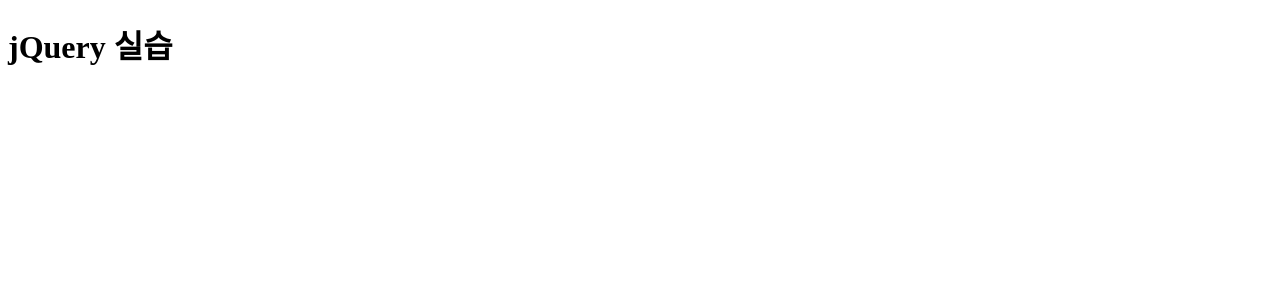
Repository: RYE415/4.jsp
Page: JQueryTest/src/main/webapp/5.ajax/13.autoid.html
The author's editor kept a copy of each file at every save. The page is drawn from the files as they stood at one save, then again after the next save.
The browser window is 1280 px wide. The pictures show the whole page.

Above is the page before, as saved 2022-08-05 03:24:05.

After the next save:
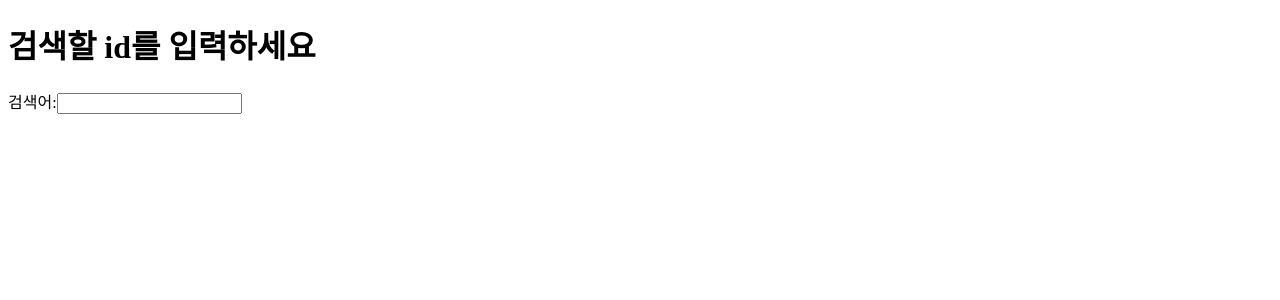
Saved 6 min 19 s later.
--- a/JQueryTest/src/main/webapp/5.ajax/13.autoid.html
+++ b/JQueryTest/src/main/webapp/5.ajax/13.autoid.html
@@ -13,7 +13,9 @@
 </script>
 </head>
 <body>
-	<h1>jQuery 실습</h1>
-
+	<h1>검색할 id를 입력하세요</h1>
+	<form>
+	 검색어:<input type="text" name="userid" class="userid"><br>
+	</form>
 </body>
 </html>
